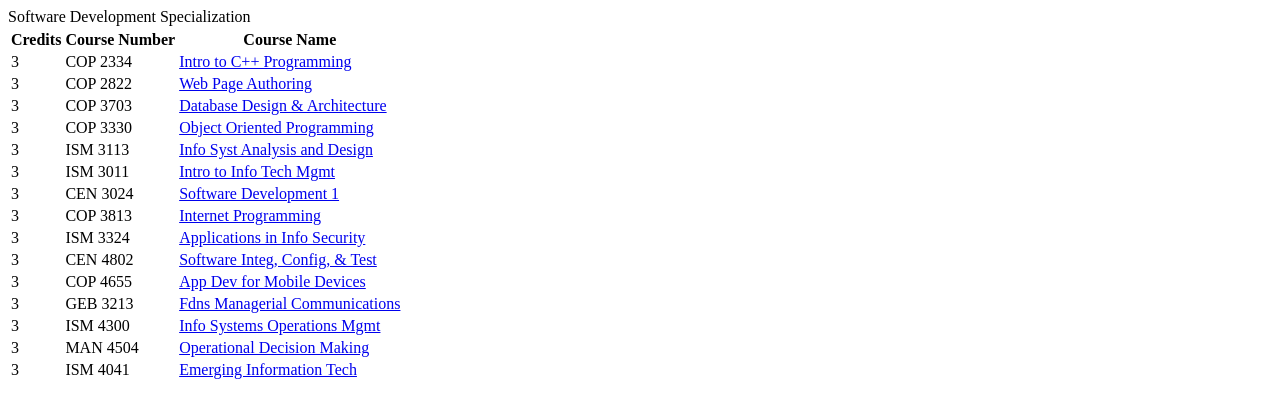
Repository: mlmEFSC21/P5-DegreeTableStyling
Page: index.html
These files come from the project's save history. The page is drawn as it stood at one moment and after the next save; the edit follows.
The browser window is 1280 px wide. The pictures show the whole page.

Above is the page before, as saved 2022-02-09 13:55:04.

### index.html
<!DOCTYPE html>
<html lang="en">
    <head>
        <meta charset="UTF-8" />
        <meta http-equiv="X-UA-Compatible" content="IE=edge" />
        <meta name="viewport" content="width=device-width, initial-scale=1.0" />
        <title>Degree Specialization Table</title>
    </head>
    <body>
        <table>
            <thead>
                <tr>
                    Software Development Specialization
                </tr>
                <tr>
                    <th>Credits</th>
                    <th>Course Number</th>
                    <th>Course Name</th>
                </tr>
            </thead>
            <tbody>
                <tr>
                    <td>3</td>
                    <td>COP 2334</td>
                    <td>
                        <a
                            href="https://bannerweb.easternflorida.edu/prod/bwckctlg.p_disp_course_detail?cat_term_in=202210&subj_code_in=COP&crse_numb_in=2334"
                            >Intro to C++ Programming</a
                        >
                    </td>
                </tr>
                <tr>
                    <td>3</td>
                    <td>COP 2822</td>
                    <td>
                        <a
                            href="https://bannerweb.easternflorida.edu/prod/bwckctlg.p_disp_course_detail?cat_term_in=202210&subj_code_in=COP&crse_numb_in=2822"
                            >Web Page Authoring</a
                        >
                    </td>
                </tr>
                <tr>
                    <td>3</td>
                    <td>COP 3703</td>
                    <td>
                        <a
                            href="https://bannerweb.easternflorida.edu/prod/bwckctlg.p_disp_course_detail?cat_term_in=202210&subj_code_in=COP&crse_numb_in=3703"
                            >Database Design & Architecture</a
                        >
                    </td>
                </tr>
                <tr>
                    <td>3</td>
                    <td>COP 3330</td>
                    <td>
                        <a
                            href="https://bannerweb.easternflorida.edu/prod/bwckctlg.p_disp_course_detail?cat_term_in=202210&subj_code_in=COP&crse_numb_in=3330"
                            >Object Oriented Programming</a
                        >
                    </td>
                </tr>
                <tr>
                    <td>3</td>
                    <td>ISM 3113</td>
                    <td>
                        <a
                            href="https://bannerweb.easternflorida.edu/prod/bwckctlg.p_disp_course_detail?cat_term_in=202210&subj_code_in=ISM&crse_numb_in=3113"
                            >Info Syst Analysis and Design</a
                        >
                    </td>
                </tr>
                <tr>
                    <td>3</td>
                    <td>ISM 3011</td>
                    <td>
                        <a
                            href="https://bannerweb.easternflorida.edu/prod/bwckctlg.p_disp_course_detail?cat_term_in=202210&subj_code_in=ISM&crse_numb_in=3011"
                            >Intro to Info Tech Mgmt</a
                        >
                    </td>
                </tr>
                <tr>
                    <td>3</td>
                    <td>CEN 3024</td>
                    <td>
                        <a
                            href="https://bannerweb.easternflorida.edu/prod/bwckctlg.p_disp_course_detail?cat_term_in=202210&subj_code_in=CEN&crse_numb_in=3024"
                            >Software Development 1</a
                        >
                    </td>
                </tr>
                <tr>
                    <td>3</td>
                    <td>COP 3813</td>
                    <td>
                        <a
                            href="https://bannerweb.easternflorida.edu/prod/bwckctlg.p_disp_course_detail?cat_term_in=202210&subj_code_in=COP&crse_numb_in=3813"
                            >Internet Programming</a
                        >
                    </td>
                </tr>
                <tr>
                    <td>3</td>
                    <td>ISM 3324</td>
                    <td>
                        <a
                            href="https://bannerweb.easternflorida.edu/prod/bwckctlg.p_disp_course_detail?cat_term_in=202210&subj_code_in=ISM&crse_numb_in=3324"
                            >Applications in Info Security</a
                        >
                    </td>
                </tr>
                <tr>
                    <td>3</td>
                    <td>CEN 4802</td>
                    <td>
                        <a
                            href="https://bannerweb.easternflorida.edu/prod/bwckctlg.p_disp_course_detail?cat_term_in=202210&subj_code_in=CEN&crse_numb_in=4802"
                            >Software Integ, Config, & Test</a
                        >
                    </td>
                </tr>
                <tr>
                    <td>3</td>
                    <td>COP 4655</td>
                    <td>
                        <a
                            href="https://bannerweb.easternflorida.edu/prod/bwckctlg.p_disp_course_detail?cat_term_in=202210&subj_code_in=COP&crse_numb_in=4655"
                            >App Dev for Mobile Devices</a
                        >
                    </td>
                </tr>
                <tr>
                    <td>3</td>
                    <td>GEB 3213</td>
                    <td>
                        <a
                            href="https://bannerweb.easternflorida.edu/prod/bwckctlg.p_disp_course_detail?cat_term_in=202210&subj_code_in=GEB&crse_numb_in=3213"
                            >Fdns Managerial Communications</a
                        >
                    </td>
                </tr>
                <tr>
                    <td>3</td>
                    <td>ISM 4300</td>
                    <td>
                        <a
                            href="https://bannerweb.easternflorida.edu/prod/bwckctlg.p_disp_course_detail?cat_term_in=202210&subj_code_in=ISM&crse_numb_in=4300"
                            >Info Systems Operations Mgmt</a
                        >
                    </td>
                </tr>
                <tr>
                    <td>3</td>
                    <td>MAN 4504</td>
                    <td>
                        <a
                            href="https://bannerweb.easternflorida.edu/prod/bwckctlg.p_disp_course_detail?cat_term_in=202210&subj_code_in=MAN&crse_numb_in=4504"
                            >Operational Decision Making</a
                        >
                    </td>
                </tr>
                <tr>
                    <td>3</td>
                    <td>ISM 4041</td>
                    <td>
                        <a
                            href="https://bannerweb.easternflorida.edu/prod/bwckctlg.p_disp_course_detail?cat_term_in=202210&subj_code_in=ISM&crse_numb_in=4041"
                            >Emerging Information Tech</a
                        >
                    </td>
                </tr>
            </tbody>
        </table>
    </body>
</html>

After the next save:
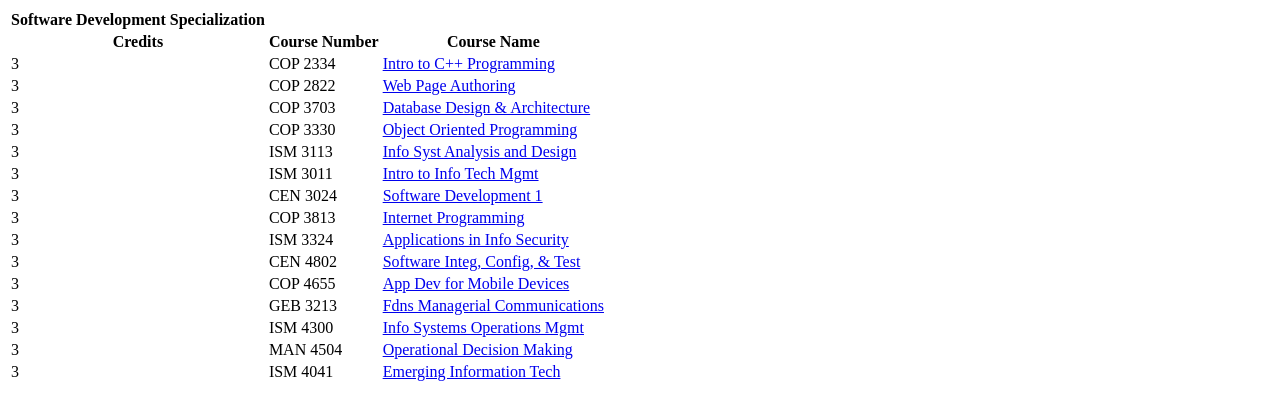
Saved 54 s later.
--- a/index.html
+++ b/index.html
@@ -10,7 +10,7 @@
         <table>
             <thead>
                 <tr>
-                    Software Development Specialization
+                    <th>Software Development Specialization</th>
                 </tr>
                 <tr>
                     <th>Credits</th>
